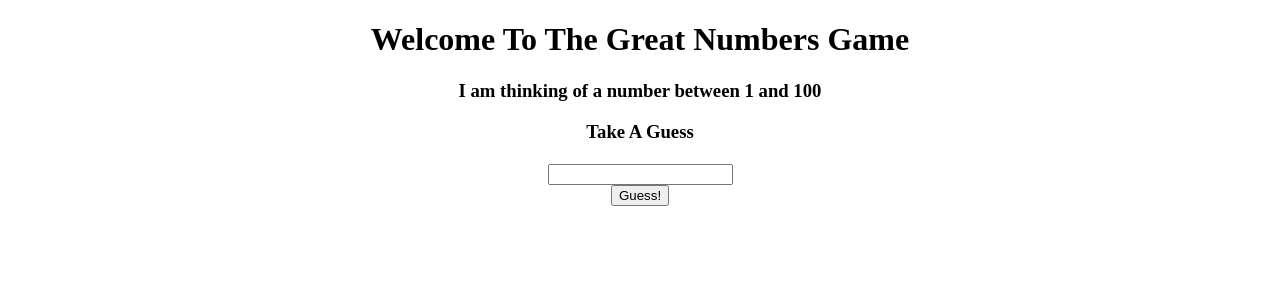
Repository: a-rydzak/Java
Page: http://localhost/GNumbers/Home
An editor plug-in stored every save of this project. The page is shown before and after the next save, followed by the edit.
The browser window is 1280 px wide. The pictures show the whole page.
The page is served by Tomcat 9. Other server files are loaded and not shown.

Above is the page before, as saved 2019-07-15 14:04:13.

### Java MVC/Great Number Game/GNumbers/WebContent/WEB-INF/views/Home.jsp
<%@ taglib prefix="c" uri="http://java.sun.com/jsp/jstl/core" %>
<%@ page language="java" contentType="text/html; charset=UTF-8"
    pageEncoding="UTF-8"%>
<%@ taglib prefix="c" uri="http://java.sun.com/jsp/jstl/core" %>
<!DOCTYPE html>
<html>
<head>
	<meta charset="ISO-8859-1">
	<title>Great Number Game</title>
	<style><%@include file="/WEB-INF/css/Home.css"%></style>
</head>
<body>

	<div id="container">
		<h1>Welcome To The Great Numbers Game</h1>
		<h3>I am thinking of a number between 1 and 100</h3>
		<h3>Take A Guess</h3>

	<div id="resultContainer">
	<c:choose>
	   <c:when test="${result =='high'}"><h1 class="incorrect">Too High</h1></c:when>
	   <c:when test="${result =='low'}"><h1 class="incorrect">Too Low</h1></c:when>
	   <c:when test="${result =='correct'}" ><h1 id="correct">You Got It!</h1></c:when>
	   <c:otherwise><h1></h1></c:otherwise>
	</c:choose>
	</div>

		<div class="submitForm">
	      <form name="submitForm" method="POST" action="Guess">
	         <input type="number" name="guess" required>
	         <br>
	         <input type = "submit" value = "Guess!" />
	      </form>
		</div>
	</div>

</body>
</html>

### Java MVC/Great Number Game/GNumbers/WebContent/WEB-INF/css/Home.css
@charset "ISO-8859-1";

#container{
	width:100%;
	text-align:center;
}

#resultContainer{
	width:100%;
	text-align:center;
}
.incorrect{
	border-style:solid;
	border-color:blue;
	width:100px;
	height:100px;
	background-color: red;
}

#correct{
	border-style:solid;
	border-color:blue;
	width:100px;
	height:100px;
	background-color: green;
}

### Java MVC/Great Number Game/GNumbers/src/com/andrew/rydzak/web/controllers/Home.java
package com.andrew.rydzak.web.controllers;

import java.io.IOException;

import javax.servlet.RequestDispatcher;
import javax.servlet.ServletException;
import javax.servlet.annotation.WebServlet;
import javax.servlet.http.HttpServlet;
import javax.servlet.http.HttpServletRequest;
import javax.servlet.http.HttpServletResponse;
import javax.servlet.http.HttpSession;
import com.andrew.rydzak.web.models.Number;
/**
 * Servlet implementation class Home
 */
@WebServlet("/Home")
public class Home extends HttpServlet {
	private static final long serialVersionUID = 1L;

    /**
     * @see HttpServlet#HttpServlet()
     */
    public Home() {
        super();
        // TODO Auto-generated constructor stub
    }

	/**
	 * @see HttpServlet#doGet(HttpServletRequest request, HttpServletResponse response)
	 */
	protected void doGet(HttpServletRequest request, HttpServletResponse response) throws ServletException, IOException {
		HttpSession session = request.getSession();
		Integer number = (Integer) session.getAttribute("number");

		if(number == null) {
			Number random = new Number();
			int randNum = random.getNumber();
			session.setAttribute("number", randNum);
			session.setAttribute("result", "none");
		}

		request.setAttribute("result", session.getAttribute("result"));
		System.out.println(session.getAttribute("result"));
        RequestDispatcher view = request.getRequestDispatcher("/WEB-INF/views/Home.jsp");
        view.forward(request, response);
	}

	/**
	 * @see HttpServlet#doPost(HttpServletRequest request, HttpServletResponse response)
	 */
	protected void doPost(HttpServletRequest request, HttpServletResponse response) throws ServletException, IOException {
		// TODO Auto-generated method stub
		doGet(request, response);
	}

}

### Java MVC/Great Number Game/GNumbers/src/com/andrew/rydzak/web/models/Number.java
package com.andrew.rydzak.web.models;

public class Number {

	private int number;

	public Number() {
		this.number = this.setNumber();
	}

	private int setNumber() {
		int num = (int) (Math.floor(Math.random() * 10) + 1);
		return num;
	}

	public int getNumber() {
		return this.number;
	}

}

After the next save:
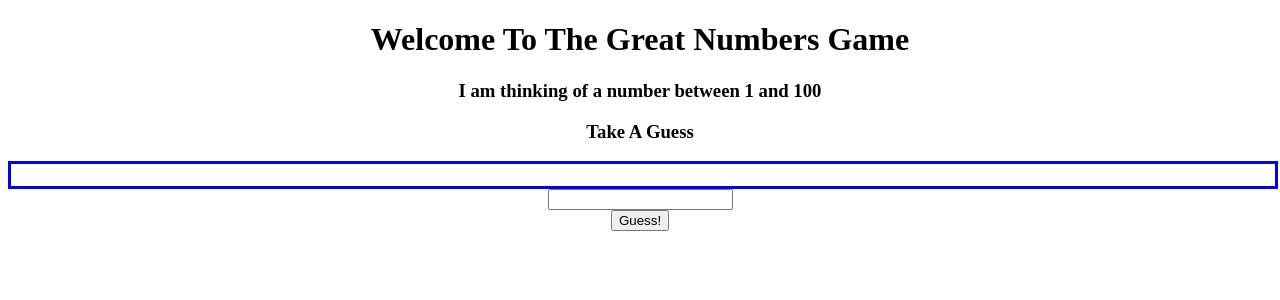
Saved 25 s later.
--- a/Java MVC/Great Number Game/GNumbers/WebContent/WEB-INF/css/Home.css
+++ b/Java MVC/Great Number Game/GNumbers/WebContent/WEB-INF/css/Home.css
@@ -6,6 +6,8 @@
 }
 
 #resultContainer{
+	border-style:solid;
+	border-color:blue;
 	width:100%;
 	text-align:center;
 }
